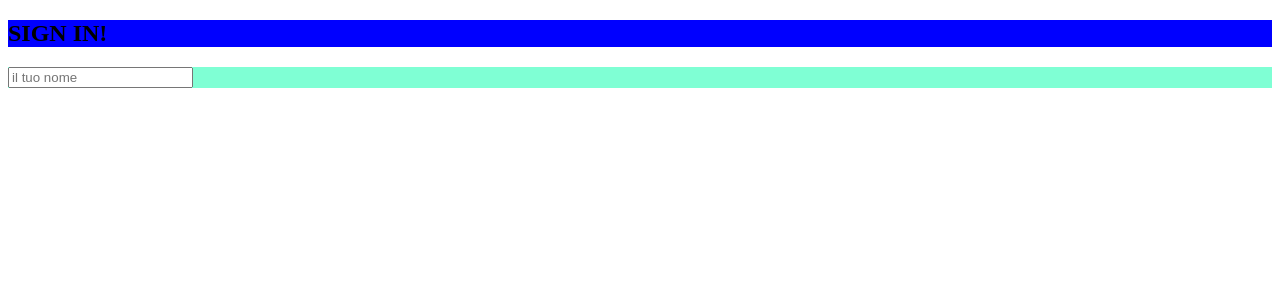
Repository: daniells-21/Pre-Corso-Ch2
Page: Pre-Corso-Epicode/registrazione.html
These files come from the project's save history. The page is drawn as it stood at one moment and after the next save; the edit follows.
The browser window is 1280 px wide. The pictures show the whole page.

Above is the page before, as saved 2023-04-13 11:33:22.

After the next save:
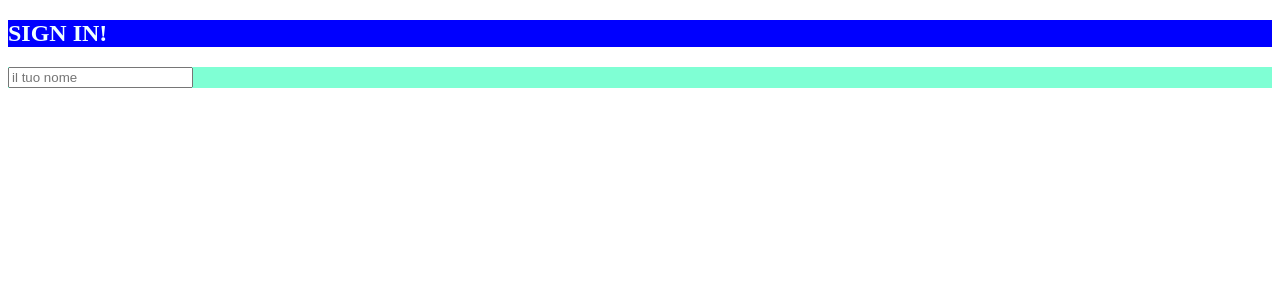
Saved 47 s later.
--- a/Pre-Corso-Epicode/registrazione.html
+++ b/Pre-Corso-Epicode/registrazione.html
@@ -7,7 +7,7 @@
     <title>Registrazione</title>
 </head>
 <body>
-    <div style="background-color: blue;">
+    <div style="background-color: blue; color:azure">
         <h2>SIGN IN!</h2>
     </div>
     <div style="background-color: aquamarine;">
